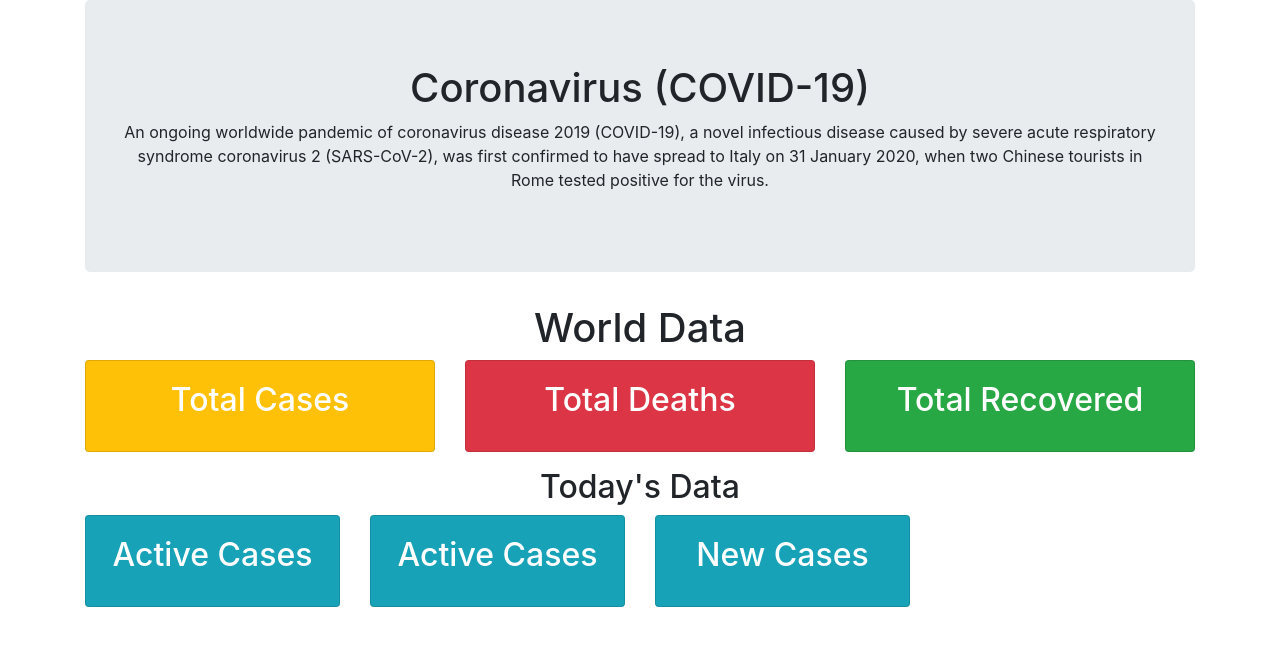
Repository: ahmadsaadkhan/react-covid-app
Page: /
The author's editor kept a copy of each file at every save. The page is drawn from the files as they stood at one save, then again after the next save.
The browser window is 1280 px wide. The pictures show the whole page.
The page's requests for data from a server got no answer. The project was rebuilt for these pictures with package versions that can differ from the ones it lists, and the page was loaded fresh each time. No one was signed in, and anything a server would have sent is missing.

Above is the page before, as saved 2021-04-19 16:01:59.

### public/index.html
<!DOCTYPE html>
<html lang="en">

<head>
    <meta charset="utf-8" />
    <link rel="icon" href="%PUBLIC_URL%/favicon.ico" />
    <meta name="viewport" content="width=device-width, initial-scale=1" />
    <meta name="theme-color" content="#000000" />
    <meta name="description" content="Web site created using create-react-app" />
    <link rel="apple-touch-icon" href="%PUBLIC_URL%/logo192.png" />
    <!--
      manifest.json provides metadata used when your web app is installed on a
      user's mobile device or desktop. See https://developers.google.com/web/fundamentals/web-app-manifest/
    -->
    <link rel="manifest" href="%PUBLIC_URL%/manifest.json" />
    <link rel="stylesheet" href="https://cdn.jsdelivr.net/npm/bootstrap@4.6.0/dist/css/bootstrap.min.css" integrity="sha384-B0vP5xmATw1+K9KRQjQERJvTumQW0nPEzvF6L/Z6nronJ3oUOFUFpCjEUQouq2+l" crossorigin="anonymous" />
    <!--
      Notice the use of %PUBLIC_URL% in the tags above.
      It will be replaced with the URL of the `public` folder during the build.
      Only files inside the `public` folder can be referenced from the HTML.

      Unlike "/favicon.ico" or "favicon.ico", "%PUBLIC_URL%/favicon.ico" will
      work correctly both with client-side routing and a non-root public URL.
      Learn how to configure a non-root public URL by running `npm run build`.
    -->
    <title>React App</title>
</head>

<body>
    <noscript>You need to enable JavaScript to run this app.</noscript>
    <div id="root"></div>
    <!--
      This HTML file is a template.
      If you open it directly in the browser, you will see an empty page.

      You can add webfonts, meta tags, or analytics to this file.
      The build step will place the bundled scripts into the <body> tag.

      To begin the development, run `npm start` or `yarn start`.
      To create a production bundle, use `npm run build` or `yarn build`.
    -->
</body>

</html>

### src/App.js
import './App.css';
import { useState } from 'react';
import { useEffect } from 'react';

function App() {

  const [Covid_Data, setCovid_Data] = useState(null);

  const getData = () => {
    fetch("https://vaccovid-coronavirus-vaccine-and-treatment-tracker.p.rapidapi.com/api/npm-covid-data/world", {
      "method": "GET",
      "headers": {
        "x-rapidapi-key": "3d33dc1e13mshc5f97558480723fp15e23bjsnc1db1b7183da",
        "x-rapidapi-host": "vaccovid-coronavirus-vaccine-and-treatment-tracker.p.rapidapi.com"
      }
    })
      .then(response => {
        return response.json();
      })
      .then(data => {
        console.log(data);
        setCovid_Data(data);
      })
      .catch(err => {
        console.error(err);
      });


  }

  useEffect(() => {
    getData()
  }, [])

  return (
    <div className="App">
      <div className="container">
        <div className="jumbotron text-center">
          <h1>Coronavirus (COVID-19)</h1>
          <p>An ongoing worldwide pandemic of coronavirus disease 2019 (COVID-19), a novel infectious disease caused by severe acute respiratory syndrome coronavirus 2 (SARS-CoV-2), was first confirmed to have spread to Italy on 31 January 2020, when two Chinese tourists in Rome tested positive for the virus.</p>
        </div>
        <h1>World Data</h1>
        <div className="row">
          <div className="col-md-4">
            <div className="card text-white bg-warning mb-3">
              <div className="card-body">
                <h2 className="card-title"> Total Cases</h2>
                <p className="card-text h3">{Covid_Data && Covid_Data[0].TotalCases}</p>
              </div>
            </div>
          </div>
          <div className="col-md-4">
            <div className="card text-white bg-danger mb-3">
              <div className="card-body">
                <h2 className="card-title"> Total Deaths</h2>
                <p className="card-text h3">{Covid_Data && Covid_Data[0].TotalDeaths}</p>
              </div>
            </div>
          </div>
          <div className="col-md-4">
            <div className="card text-white bg-success mb-3">
              <div className="card-body">
                <h2 className="card-title"> Total Recovered</h2>
                <p className="card-text h3">{Covid_Data && Covid_Data[0].TotalRecovered}</p>
              </div>
            </div>
          </div>
        </div>

        <h2>Today's Data</h2>
        <div className="row">

          <div className="col-md-3">
            <div className="card text-white bg-info mb-3">
              <div className="card-body">
                <h2 className="card-title"> Active Cases</h2>
                <p className="card-text h3">{Covid_Data && Covid_Data[0].ActiveCases}</p>
              </div>
            </div>
          </div>

          <div className="col-md-3">
            <div className="card text-white bg-info mb-3">
              <div className="card-body">
                <h2 className="card-title"> Active Cases</h2>
                <p className="card-text h3">{Covid_Data && Covid_Data[0].ActiveCases}</p>
              </div>
            </div>
          </div>

          <div className="col-md-3">
            <div className="card text-white bg-info mb-3">
              <div className="card-body">
                <h2 className="card-title"> New Cases</h2>
                <p className="card-text h3">{Covid_Data && Covid_Data[0].NewCases}</p>
              </div>
            </div>
          </div>

        </div>

      </div>
    </div>
  );
}

export default App;

Loaded but not shown: src/index.js (common file); src/index.css (common file); src/App.css (common file)

After the next save:
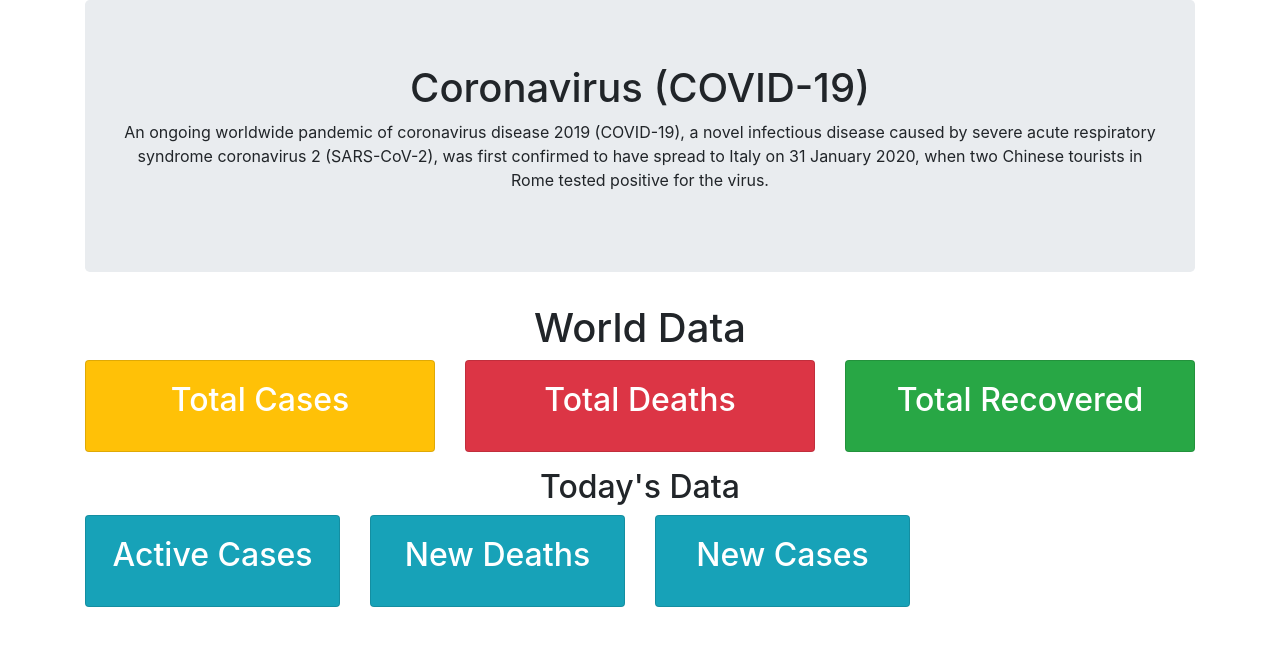
Saved 20 s later.
--- a/src/App.js
+++ b/src/App.js
@@ -82,8 +82,8 @@ function App() {
           <div className="col-md-3">
             <div className="card text-white bg-info mb-3">
               <div className="card-body">
-                <h2 className="card-title"> Active Cases</h2>
-                <p className="card-text h3">{Covid_Data && Covid_Data[0].ActiveCases}</p>
+                <h2 className="card-title"> New Deaths</h2>
+                <p className="card-text h3">{Covid_Data && Covid_Data[0].NewDeaths}</p>
               </div>
             </div>
           </div>
